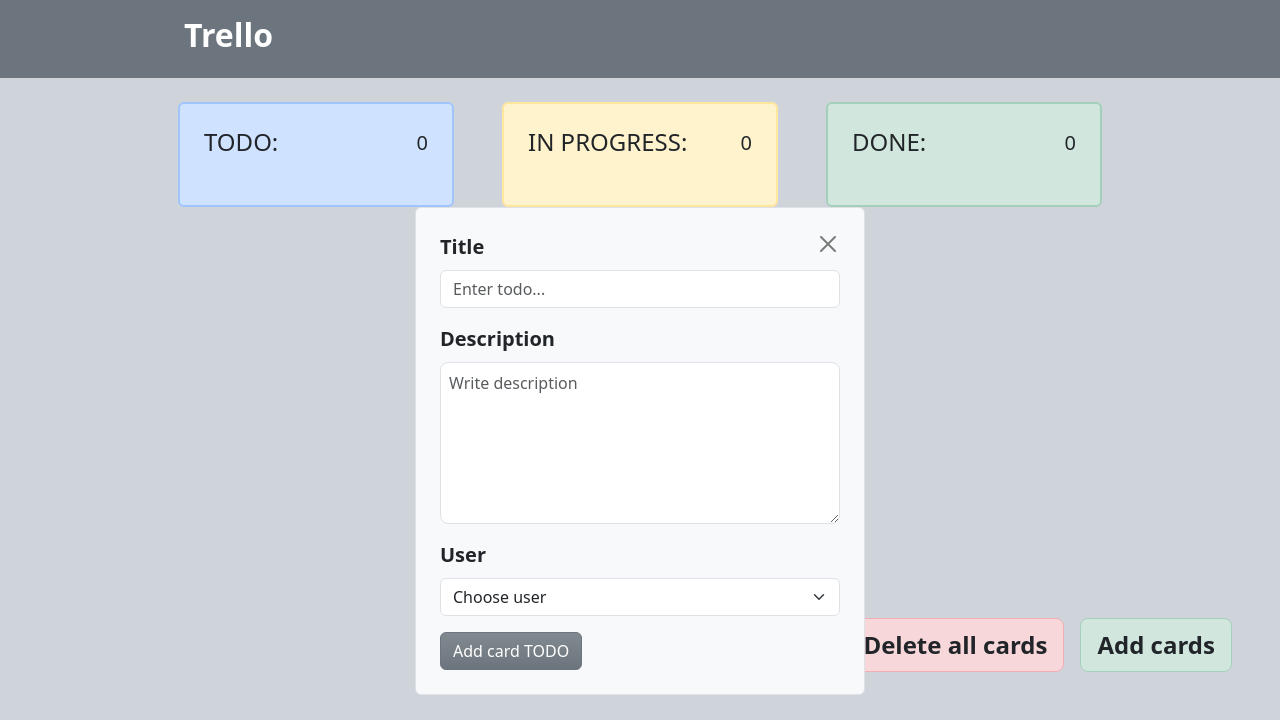
Repository: Valeria154/trello-app-clone
Page: / (app in trello-app-project/)
These files come from the project's save history. The page is drawn as it stood at one moment and after the next save; the edit follows.
The browser window is 1280 px wide. The pictures show the whole page.
The project was rebuilt for these pictures with package versions that can differ from the ones it lists, and the page was loaded fresh each time. Also part of the build but not shown: trello-app-project/vite.config.js.

Above is the page before, as saved 2025-03-15 20:02:56.
Console error: ReferenceError: showClock is not defined

After the next save:
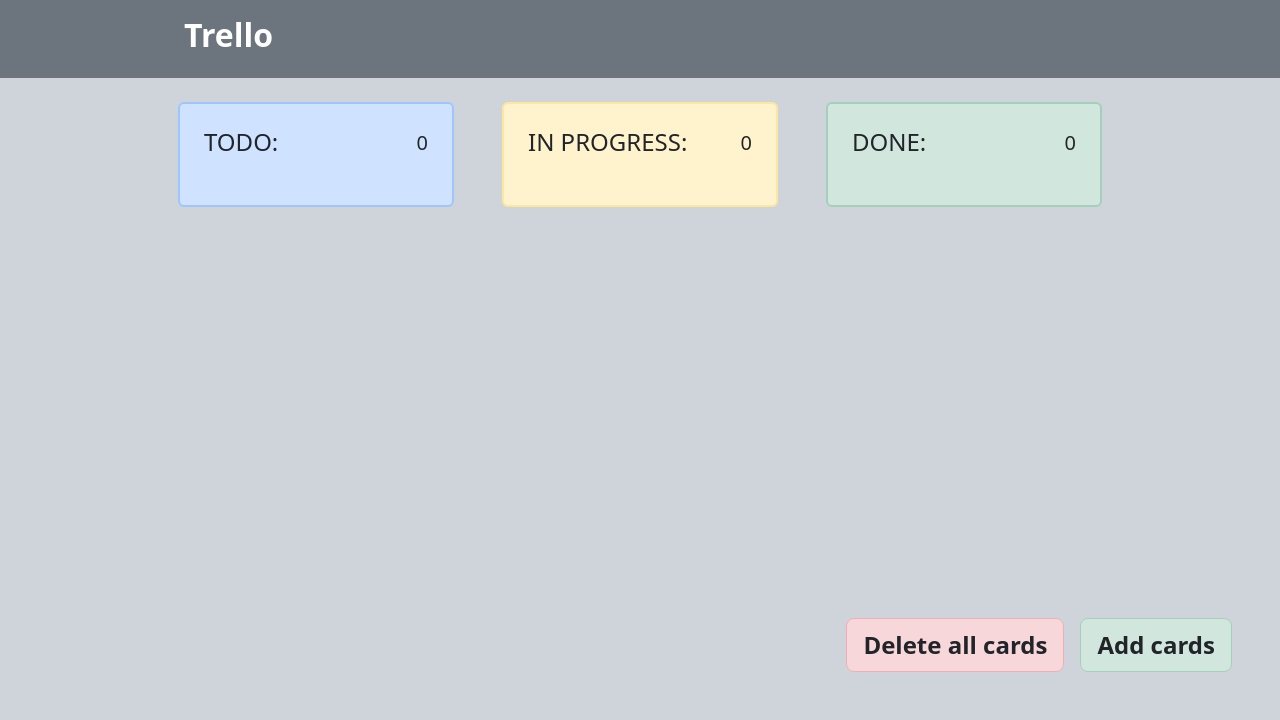
Saved 4 min 11 s later.
--- a/trello-app-project/src/index.html
+++ b/trello-app-project/src/index.html
@@ -52,8 +52,8 @@
 					cards</button>
 			</div>
 			<!-- Modal TODO -->
-			<div class="d-flex justify-content-center align-items-center">
-				<form class="p-4 border rounded bg-light text-start fw-semibold w-50 position-relative">
+			<div id="form-container" class="d-flex justify-content-center align-items-center">
+				<!-- <form class="p-4 border rounded bg-light text-start fw-semibold w-50 position-relative">
 					<div class="mb-3">
 						<label for="titile" class="form-label fs-5">Title</label>
 						<input type="text" class="form-control" id="title" placeholder="Enter todo...">
@@ -78,7 +78,7 @@
 						TODO</button>
 					<button type="button" class="btn-close position-absolute top-0 end-0 me-4 mt-4"
 						aria-label="close"></button>
-				</form>
+				</form> -->
 			</div>
 		</div>
 	</main>
